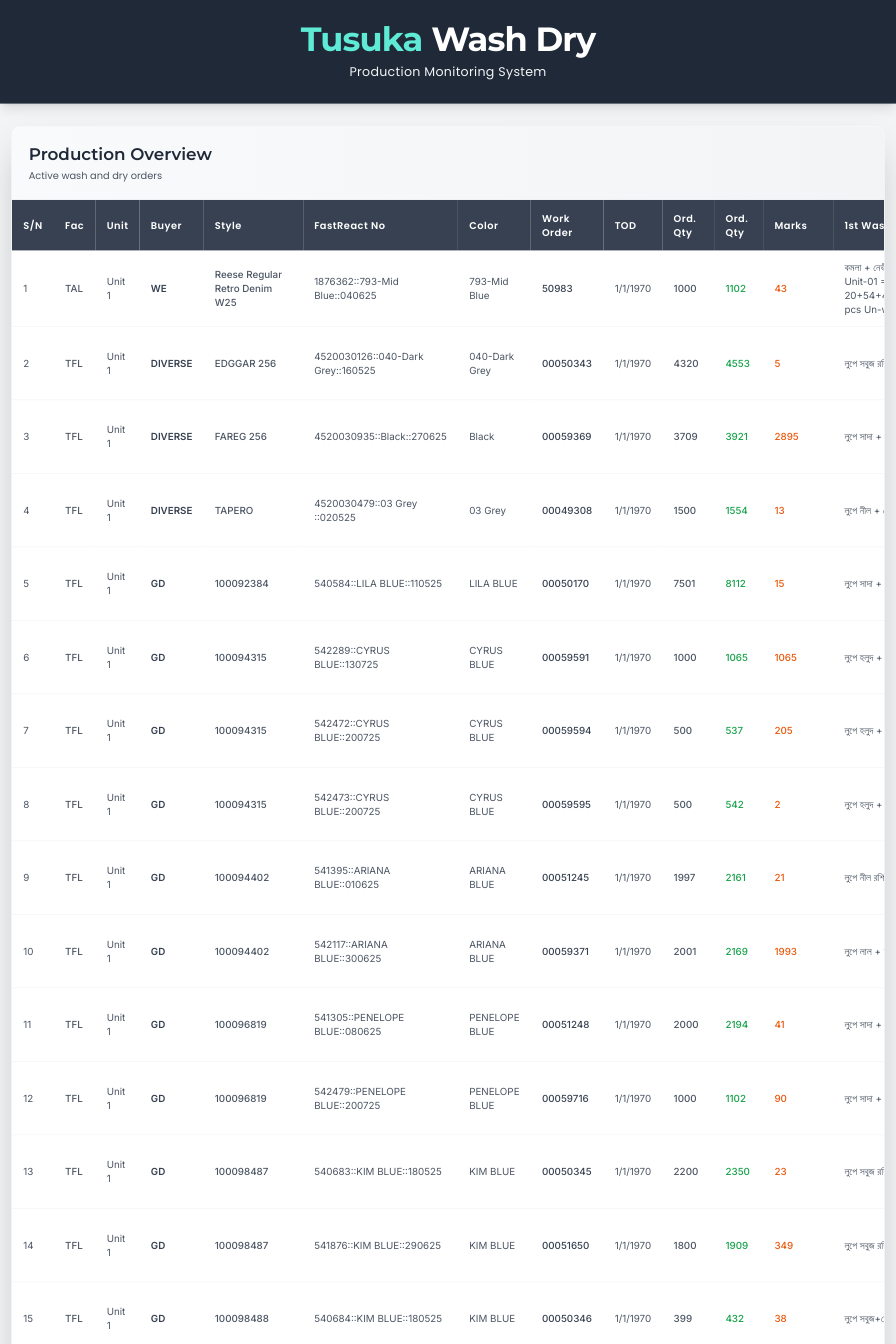
Repository: AhmedMuktadir14218/TusukaDryWash
Page: 1st Wash/index.html
An editor plug-in stored every save of this project. The page is shown before and after a run of saves, followed by the edit.
The browser window is 1280 px wide. The pictures show the part of the page from y = 0 to 1920 px (the page is 4087 px tall before and 4107 px after), at 70% of full size.
Some web libraries are served in a nearby version.

Above is the page before, as saved 2025-07-01 11:59:18.

### 1st Wash/index.html
<!DOCTYPE html>
<html lang="en">
<head>
    <meta charset="UTF-8" />
    <meta name="viewport" content="width=device-width, initial-scale=1.0"/>
    <title>Tusuka Wash Dry</title>
    <script src="https://cdn.tailwindcss.com"></script>
    <link href="https://fonts.googleapis.com/css2?family=Inter:wght@300;400;500;600;700&family=Poppins:wght@400;500;600;700&family=Montserrat:wght@400;500;600;700&display=swap" rel="stylesheet">
    <script src="https://cdn.jsdelivr.net/npm/qrious@4.0.2/dist/qrious.min.js"></script>

    <style>
        /* Custom Typography Classes */
        .font-poppins {
            font-family: 'Poppins', sans-serif;
        }
        .font-inter {
            font-family: 'Inter', sans-serif;
        }
        .font-montserrat {
            font-family: 'Montserrat', sans-serif;
        }

        /* Custom shadow for a more premium feel */
        .shadow-3xl {
            box-shadow: 0 25px 50px -12px rgba(0, 0, 0, 0.25), 0 0 15px rgba(0, 0, 0, 0.08);
        }

        /* Custom scrollbar for better aesthetics */
        .custom-scrollbar::-webkit-scrollbar {
            width: 8px;
        }
        .custom-scrollbar::-webkit-scrollbar-track {
            background: #f1f5f9; /* gray-100 */
            border-radius: 10px;
        }
        .custom-scrollbar::-webkit-scrollbar-thumb {
            background: #cbd5e1; /* gray-400 */
            border-radius: 10px;
        }
        .custom-scrollbar::-webkit-scrollbar-thumb:hover {
            background: #94a3b8; /* gray-500 */
        }

        /* For the checkered pattern on cells as seen in the image */
        .checkered-bg {
            background-image: linear-gradient(45deg, #f0f0f0 25%, transparent 25%, transparent 75%, #f0f0f0 75%, #f0f0f0),
                              linear-gradient(45deg, #f0f0f0 25%, transparent 25%, transparent 75%, #f0f0f0 75%, #f0f0f0);
            background-size: 10px 10px;
            background-position: 0 0, 5px 5px;
        }
    </style>
</head>
<body class="bg-gray-100 text-gray-900 font-inter">
    <div class="bg-gray-800 shadow-lg py-8 mb-8">
        <h1 class="text-5xl font-bold text-center text-white font-montserrat tracking-tight">
            <span class="text-teal-300">Tusuka</span> Wash Dry
        </h1>
        <p class="text-center text-gray-100 mt-2 font-poppins text-lg tracking-wide">Production Monitoring System</p>
    </div>

    <div class="container mx-auto px-4 mb-8">
        <div class="bg-white shadow-2xl rounded-xl overflow-hidden border border-gray-100">
            <div class="p-6 border-b border-gray-200 bg-gradient-to-r from-gray-50 to-gray-100">
                <h2 class="text-2xl font-semibold text-gray-800 font-montserrat">Production Overview</h2>
                <p class="text-sm text-gray-600 font-poppins mt-1">Active wash and dry orders</p>
            </div>

            <div class="overflow-x-auto custom-scrollbar">
                <table class="min-w-full table-auto text-sm">
                    <thead>
                        <tr class="bg-gray-700 text-white font-poppins">
                            <th class="px-4 py-4 font-semibold text-left tracking-wider">S/N</th>
                            <th class="px-4 py-4 font-semibold text-left tracking-wider">Fac</th>
                            <th class="px-4 py-4 font-semibold text-left tracking-wider">Unit</th>
                            <th class="px-4 py-4 font-semibold text-left tracking-wider">Buyer</th>
                            <th class="px-4 py-4 font-semibold text-left tracking-wider">Style</th>
                            <th class="px-4 py-4 font-semibold text-left tracking-wider">FastReact No</th>
                            <th class="px-4 py-4 font-semibold text-left tracking-wider">Color</th>
                            <th class="px-4 py-4 font-semibold text-left tracking-wider">Work Order</th>
                            <th class="px-4 py-4 font-semibold text-left tracking-wider">TOD</th>
                            <th class="px-4 py-4 font-semibold text-left tracking-wider">Ord. Qty</th>
                            <th class="px-4 py-4 font-semibold text-left tracking-wider">Ord. Qty</th>
                            <th class="px-4 py-4 font-semibold text-left tracking-wider">Marks</th>
                            <th class="px-4 py-4 font-semibold text-left tracking-wider">1st Wash Qty</th>
                            <th class="px-4 py-4 font-semibold text-left tracking-wider">Action</th>
                        </tr>
                    </thead>

                    <tbody class="divide-y divide-gray-100 font-inter" id="productionTableBody">

                    </tbody>

                </table>
            </div>

            <div class="bg-gradient-to-r from-gray-50 to-gray-100 px-6 py-4 border-t border-gray-200">
                <div class="flex justify-between items-center">
                    <p class="text-sm text-gray-600 font-poppins">Showing 1 to 6 of 6 entries</p>
                    <div class="flex space-x-2 font-poppins">
                        <button class="px-5 py-2 border border-gray-200 rounded-lg text-gray-600 hover:bg-gray-50 transition-colors duration-200 font-medium">
                            Previous
                        </button>
                        <button class="px-5 py-2 border border-gray-200 rounded-lg text-gray-600 hover:bg-gray-50 transition-colors duration-200 font-medium">
                            Next
                        </button>
                    </div>
                </div>
            </div>
        </div>
    </div>

    <div id="batchCardModal" class="fixed inset-0 bg-gray-900 bg-opacity-75 flex items-center justify-center z-50 hidden transition-opacity duration-300 ease-out opacity-0">
        <div class="bg-white rounded-xl shadow-3xl max-w-3xl w-full m-4 transform scale-95 transition-transform duration-300 ease-out overflow-hidden">
            <div class="bg-gray-800 text-white p-6 flex justify-between items-center">
                <h3 class="text-2xl font-bold font-montserrat tracking-wide">Batch Card For 1st Wash</h3>
                <button id="closeBatchModal" class="text-gray-100 hover:text-white transition-colors duration-200 focus:outline-none focus:ring-2 focus:ring-gray-300 rounded-full p-1">
                    <svg class="w-7 h-7" fill="none" stroke="currentColor" viewBox="0 0 24 24" xmlns="http://www.w3.org/2000/svg"><path stroke-linecap="round" stroke-linejoin="round" stroke-width="2" d="M6 18L18 6M6 6l12 12"></path></svg>
                </button>
            </div>

            <div class="p-8 custom-scrollbar max-h-[80vh] overflow-y-auto">
                <div class="border border-gray-300 grid grid-cols-1 md:grid-cols-2">
                    <div class="grid grid-cols-2 border-b md:border-b-0 md:border-r border-gray-300">
                        <div class="border-r border-b border-gray-300 p-2 text-sm font-semibold text-gray-700">Work Order</div>
                        <div class="border-b border-gray-300 p-2 text-sm text-gray-700 font-medium" id="modalBatchWorkOrder"></div>

                        <div class="border-r border-b border-gray-300 p-2 text-sm font-semibold text-gray-700">Style</div>
                        <div class="border-b border-gray-300 p-2 text-sm text-gray-800 font-medium" id="modalBatchStyle"></div>

                        <div class="border-r border-gray-300 p-2 text-sm font-semibold text-gray-700">PO</div>
                        <div class="p-2 text-sm text-gray-800 font-medium" id="modalBatchPO"></div>
                    </div>

                    <div class="grid grid-cols-2">
                        <div class="border-r border-b border-gray-300 p-2 text-sm font-semibold text-gray-700">QR Code</div>
                        <div class="border-b border-gray-300 p-2 text-sm text-gray-800 font-medium flex justify-center items-center">
                            <canvas id="qrCodeCanvas" class="w-30 h-30"></canvas>
                        </div>
                        <div class="border-r border-gray-300 p-2 text-sm font-semibold text-gray-700">Process Step</div>
                        <div class="p-2 text-sm text-gray-800 font-medium">1st Wash</div>
                    </div>
                </div>

                <div class="border border-gray-300 mt-6">
                    <div class="grid grid-cols-3">
                        <div class="border-r border-b border-gray-300 p-2 text-sm font-semibold text-gray-700">Batch No</div>
                        <div class="border-r border-b border-gray-300 p-2 text-sm font-semibold text-gray-700">Batch Qty</div>
                        <div class="border-b border-gray-300 p-2 text-sm font-semibold text-gray-700">Batch Weight</div>
                    </div>
                    <div class="grid grid-cols-3">
                        <div class="border-r border-gray-300 p-2 text-sm text-gray-800 font-medium" id="modalBatchNo">1</div>
                        <div class="border-r border-gray-300 p-2 text-center">
                            <input type="number" id="batchQtyInput" placeholder="input Qty"
                                class="w-full border border-gray-300 rounded-md px-2 py-1 text-center text-gray-800
                                       focus:ring-gray-600 focus:border-gray-600 transition-colors duration-200">
                        </div>
                        <div class="p-2 text-center">
                            <input type="number" id="batchWeightInput" placeholder="input Weight"
                                class="w-full border border-gray-300 rounded-md px-2 py-1 text-center text-gray-800
                                       focus:ring-gray-600 focus:border-gray-600 transition-colors duration-200">
                        </div>
                    </div>
                </div>

                <div class="mt-6 border border-gray-300 rounded-lg overflow-hidden">
                    <div class="bg-gray-100 p-3 text-lg font-semibold text-gray-800 border-b border-gray-200 text-center font-montserrat">Process List</div>
                    <div class="p-4 grid grid-cols-2 md:grid-cols-4 gap-4 text-gray-800 font-inter">
                        <label class="flex items-center">
                            <input type="checkbox" name="batchProcess" value="Process 1" class="form-checkbox h-5 w-5 text-gray-600 rounded-sm focus:ring-gray-500 border-gray-300">
                            <span class="ml-2">Process 1</span>
                        </label>
                        <label class="flex items-center">
                            <input type="checkbox" name="batchProcess" value="Process 2" class="form-checkbox h-5 w-5 text-gray-600 rounded-sm focus:ring-gray-500 border-gray-300">
                            <span class="ml-2">Process 2</span>
                        </label>
                        <label class="flex items-center">
                            <input type="checkbox" name="batchProcess" value="Process 3" class="form-checkbox h-5 w-5 text-gray-600 rounded-sm focus:ring-gray-500 border-gray-300">
                            <span class="ml-2">Process 3</span>
                        </label>
                        <label class="flex items-center">
                            <input type="checkbox" name="batchProcess" value="Process 4" class="form-checkbox h-5 w-5 text-gray-600 rounded-sm focus:ring-gray-500 border-gray-300">
                            <span class="ml-2">Process 4</span>
                        </label>
                        <label class="flex items-center">
                            <input type="checkbox" name="batchProcess" value="Process 5" class="form-checkbox h-5 w-5 text-gray-600 rounded-sm focus:ring-gray-500 border-gray-300">
                            <span class="ml-2">Process 5</span>
                        </label>
                        <label class="flex items-center">
                            <input type="checkbox" name="batchProcess" value="Process 6" class="form-checkbox h-5 w-5 text-gray-600 rounded-sm focus:ring-gray-500 border-gray-300">
                            <span class="ml-2">Process 6</span>
                        </label>
                        <label class="flex items-center">
                            <input type="checkbox" name="batchProcess" value="Process 7" class="form-checkbox h-5 w-5 text-gray-600 rounded-sm focus:ring-gray-500 border-gray-300">
                            <span class="ml-2">Process 7</span>
                        </label>
                        <label class="flex items-center">
                            <input type="checkbox" name="batchProcess" value="Process 8" class="form-checkbox h-5 w-5 text-gray-600 rounded-sm focus:ring-gray-500 border-gray-300">
                            <span class="ml-2">Process 8</span>
                        </label>
                        <label class="flex items-center">
                            <input type="checkbox" name="batchProcess" value="Process 9" class="form-checkbox h-5 w-5 text-gray-600 rounded-sm focus:ring-gray-500 border-gray-300">
                            <span class="ml-2">Process 9</span>
                        </label>
                        <label class="flex items-center">
                            <input type="checkbox" name="batchProcess" value="Process 10" class="form-checkbox h-5 w-5 text-gray-600 rounded-sm focus:ring-gray-500 border-gray-300">
                            <span class="ml-2">Process 10</span>
                        </label>
                        <label class="flex items-center">
                            <input type="checkbox" name="batchProcess" value="Process 11" class="form-checkbox h-5 w-5 text-gray-600 rounded-sm focus:ring-gray-500 border-gray-300">
                            <span class="ml-2">Process 11</span>
                        </label>
                        <label class="flex items-center">
                            <input type="checkbox" name="batchProcess" value="Process 12" class="form-checkbox h-5 w-5 text-gray-600 rounded-sm focus:ring-gray-500 border-gray-300">
                            <span class="ml-2">Process 12</span>
                        </label>
                        <label class="flex items-center">
                            <input type="checkbox" name="batchProcess" value="Process 13" class="form-checkbox h-5 w-5 text-gray-600 rounded-sm focus:ring-gray-500 border-gray-300">
                            <span class="ml-2">Process 13</span>
                        </label>
                        <label class="flex items-center">
                            <input type="checkbox" name="batchProcess" value="Process 14" class="form-checkbox h-5 w-5 text-gray-600 rounded-sm focus:ring-gray-500 border-gray-300">
                            <span class="ml-2">Process 14</span>
                        </label>
                        <label class="flex items-center">
                            <input type="checkbox" name="batchProcess" value="Process 15" class="form-checkbox h-5 w-5 text-gray-600 rounded-sm focus:ring-gray-500 border-gray-300">
                            <span class="ml-2">Process 15</span>
                        </label>
                        <label class="flex items-center">
                            <input type="checkbox" name="batchProcess" value="Process 16" class="form-checkbox h-5 w-5 text-gray-600 rounded-sm focus:ring-gray-500 border-gray-300">
                            <span class="ml-2">Process 16</span>
                        </label>
                        <label class="flex items-center">
                            <input type="checkbox" name="batchProcess" value="Process 17" class="form-checkbox h-5 w-5 text-gray-600 rounded-sm focus:ring-gray-500 border-gray-300">
                            <span class="ml-2">Process 17</span>
                        </label>
                        <label class="flex items-center">
                            <input type="checkbox" name="batchProcess" value="Process 18" class="form-checkbox h-5 w-5 text-gray-600 rounded-sm focus:ring-gray-500 border-gray-300">
                            <span class="ml-2">Process 18</span>
                        </label>
                        <label class="flex items-center">
                            <input type="checkbox" name="batchProcess" value="Process 19" class="form-checkbox h-5 w-5 text-gray-600 rounded-sm focus:ring-gray-500 border-gray-300">
                            <span class="ml-2">Process 19</span>
                        </label>
                    </div>
                </div>
            </div>

            <div class="bg-gray-100 px-8 py-5 border-t border-gray-200 flex justify-end">
                <button type="submit" id="saveBatchData" class="bg-green-600 hover:bg-green-700 text-white font-bold py-3 px-8 rounded-lg shadow-lg hover:shadow-xl transition-all duration-200 transform hover:-translate-y-0.5 flex items-center">
                    <svg class="w-5 h-5 mr-2" fill="none" stroke="currentColor" viewBox="0 0 24 24" xmlns="http://www.w3.org/2000/svg"><path stroke-linecap="round" stroke-linejoin="round" stroke-width="2" d="M5 13l4 4L19 7"></path></svg>
                    Confirm & Save
                </button>
            </div>
        </div>
    </div>

 <script src="script.js"></script>
</body>
</html>

Loaded but not shown: 1st Wash/dataTable.json (571 lines, source omitted); 1st Wash/script.js (199 lines, source omitted)

After the next 4 saves:
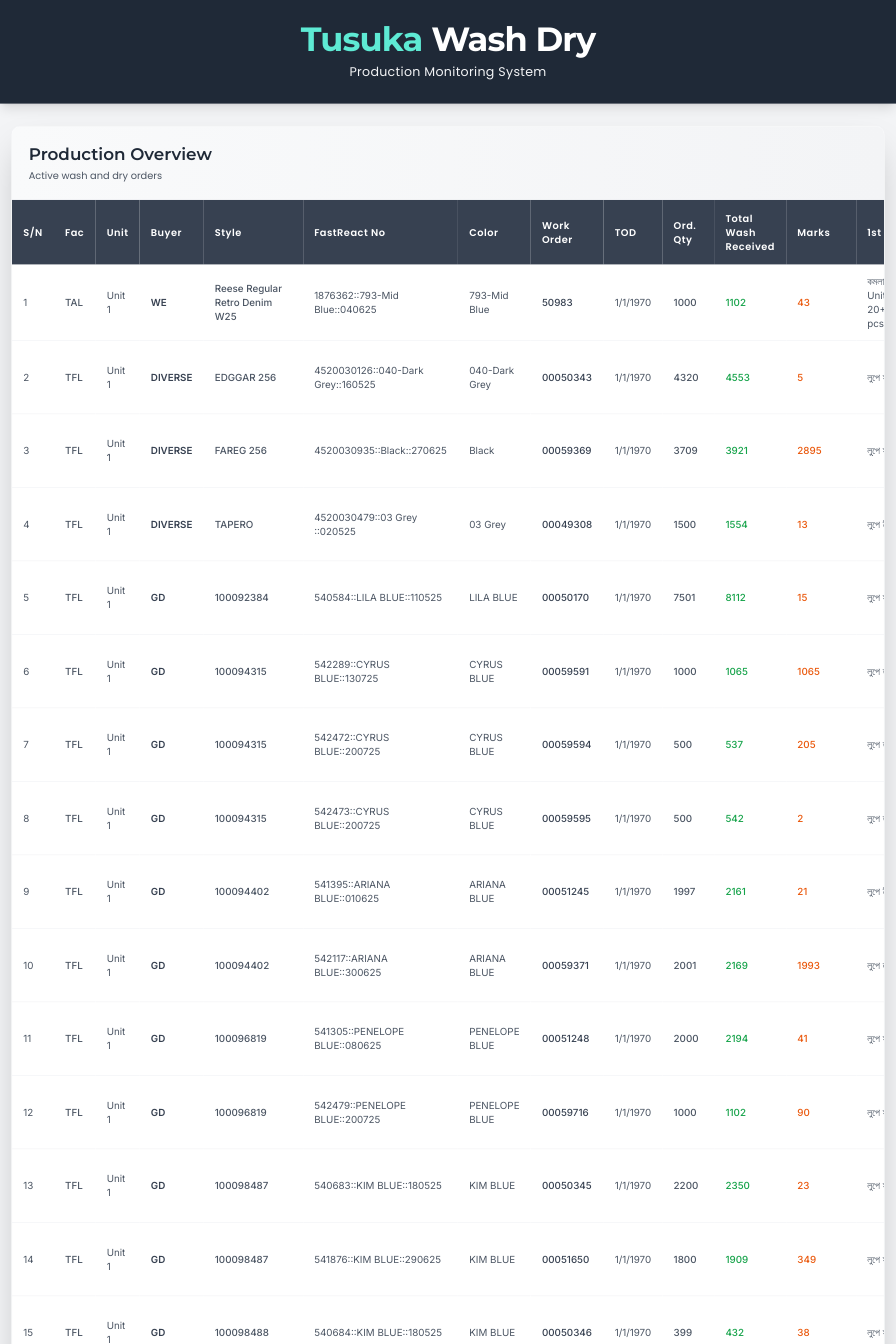
The 4 saves are shown as one change because they came seconds apart.
The last was saved 23 s later.
--- a/1st Wash/index.html
+++ b/1st Wash/index.html
@@ -79,7 +79,7 @@
                             <th class="px-4 py-4 font-semibold text-left tracking-wider">Work Order</th>
                             <th class="px-4 py-4 font-semibold text-left tracking-wider">TOD</th>
                             <th class="px-4 py-4 font-semibold text-left tracking-wider">Ord. Qty</th>
-                            <th class="px-4 py-4 font-semibold text-left tracking-wider">Ord. Qty</th>
+                            <th class="px-4 py-4 font-semibold text-left tracking-wider">Total Wash Received</th>
                             <th class="px-4 py-4 font-semibold text-left tracking-wider">Marks</th>
                             <th class="px-4 py-4 font-semibold text-left tracking-wider">1st Wash Qty</th>
                             <th class="px-4 py-4 font-semibold text-left tracking-wider">Action</th>
